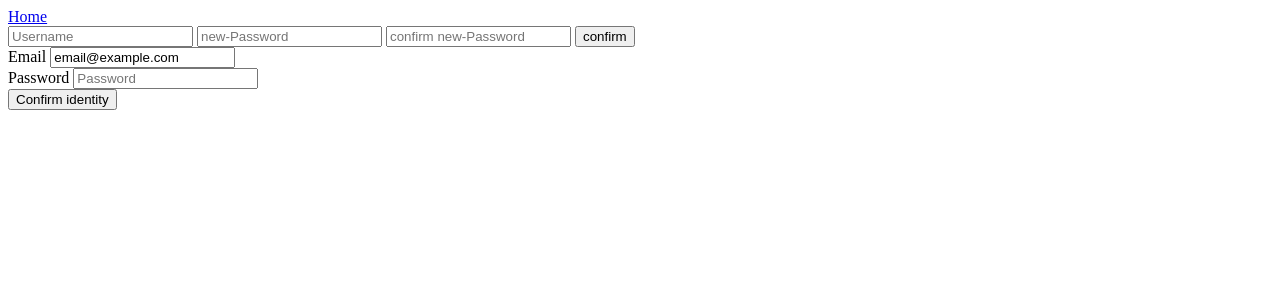
Repository: YagahAi/MARCATIR
Page: forgottenpass.html
The author's editor kept a copy of each file at every save. The page is drawn from the files as they stood at one save, then again after a run of saves.
The browser window is 1280 px wide. The pictures show the whole page.

Above is the page before, as saved 2023-09-27 11:25:40.

After the next 4 saves:
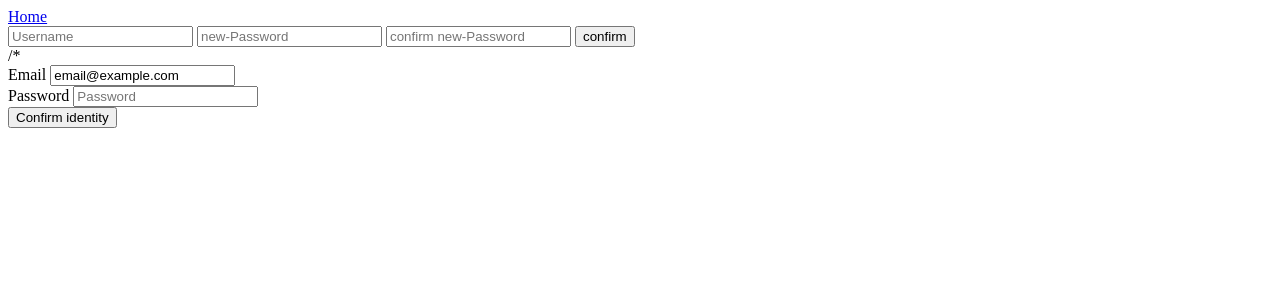
The 4 saves are shown as one change because they came seconds apart.
The last was saved 28 s later.
--- a/forgottenpass.html
+++ b/forgottenpass.html
@@ -14,7 +14,7 @@
         <button type="submit" onclick="confirm()">confirm</button>
         </form>
 
-        <form class="row g-3">
+        /*<form class="row g-3">
             <div class="col-auto">
               <label for="staticEmail2" class="visually-hidden">Email</label>
               <input type="text" readonly class="form-control-plaintext" id="staticEmail2" value="email@example.com">
